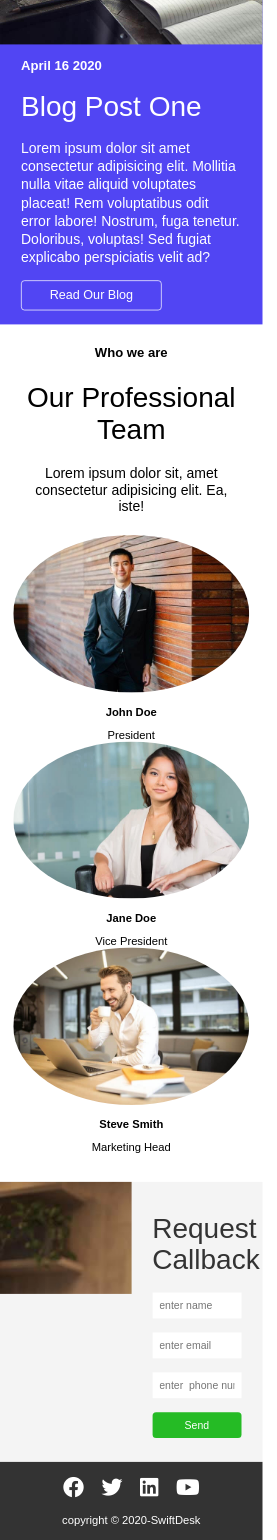
Repository: reemoon-ctrl/swiftdisk-Website-Flexbox
Page: index.html
The author's editor kept a copy of each file at every save. The page is drawn from the files as they stood at one save, then again after the next save.
The browser window is 375 px wide. The page is 395 px wide, so the pictures cover 395 px, including what lies to the right of the window. The pictures show the part of the page from y = 3329 to 5569 px (the page is 5529 px tall before and 5569 px after), at 70% of full size.
Some web fonts or font styles are not loaded; a fallback is used.

Above is the page before, as saved 2024-07-28 10:22:42.

After the next save:
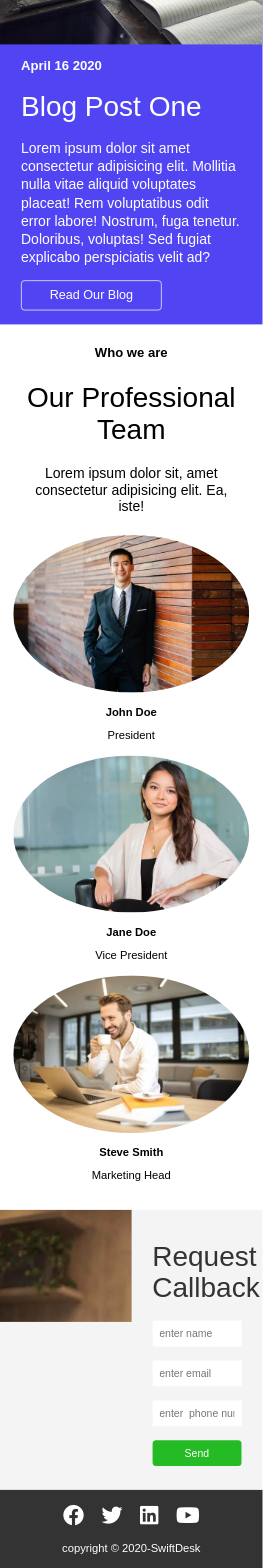
Saved 4 s later.
--- a/media.css
+++ b/media.css
@@ -54,7 +54,7 @@
     }
     .team-image{
         flex-direction: column;
-        gap :
+        gap :20px;
     }
 
 }

After the save that followed:
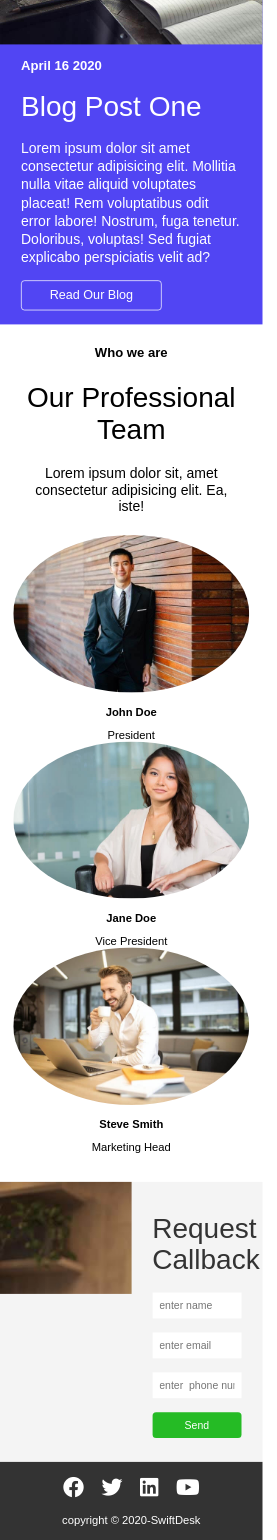
Saved 9 s later.
--- a/media.css
+++ b/media.css
@@ -54,7 +54,7 @@
     }
     .team-image{
         flex-direction: column;
-        gap :20px;
+        /* gap :20px; */
     }
 
 }
